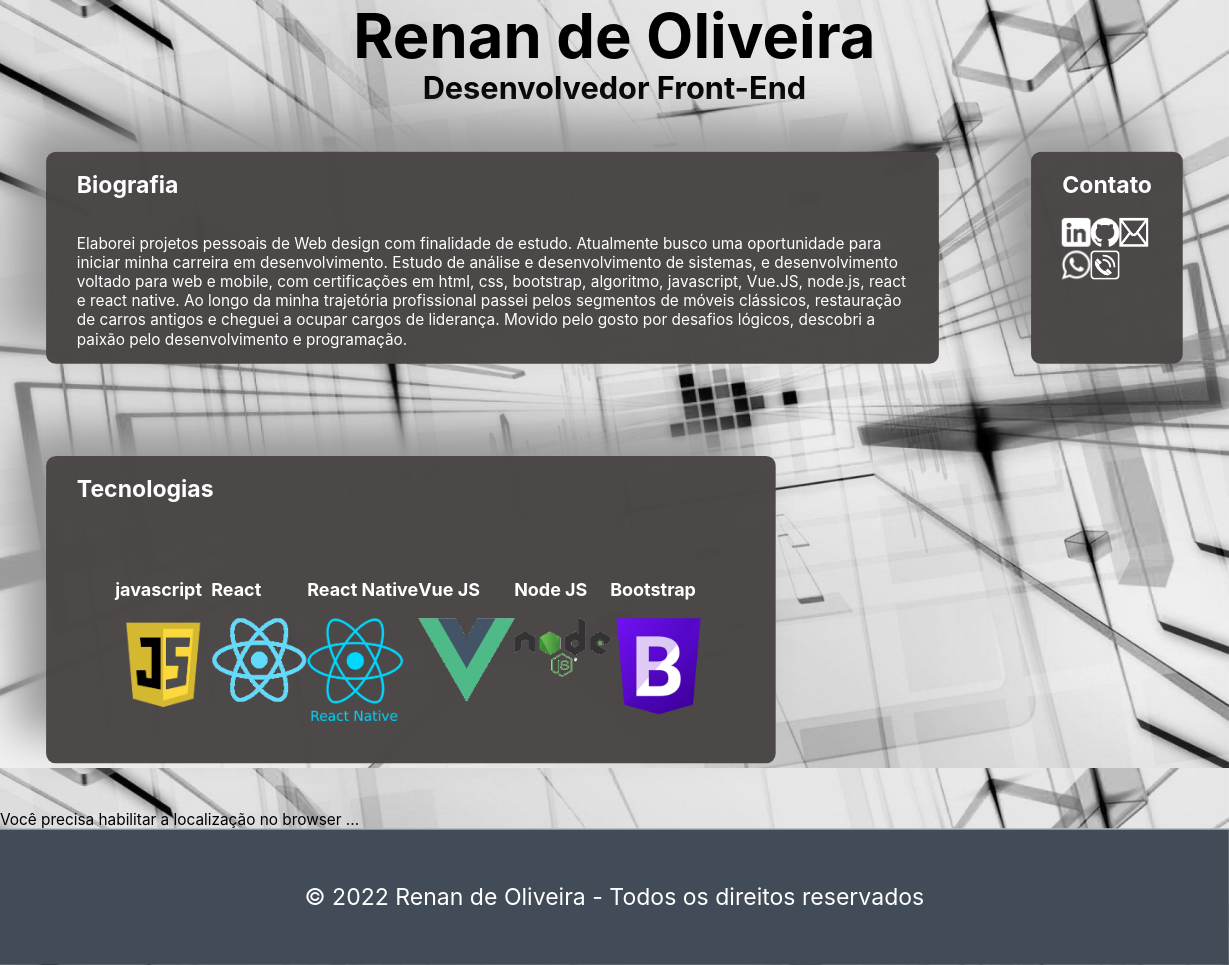
Repository: renan-oliveira93/PortfolioNext
Page: /
An editor plug-in stored every save of this project. The page is shown before and after the next save, followed by the edit.
The browser window is 1280 px wide. The pictures show the whole page, at 96% of full size.
The page's requests for data from a server got no answer. Backgrounds fixed to the window are drawn as part of the page. The project was rebuilt for these pictures with package versions that can differ from the ones it lists, and the page was loaded fresh each time. The framework's server and built-in components were replaced by stand-ins that run in the browser. No one was signed in, and anything a server would have sent is missing. Also part of the build but not shown: next.config.js.

Above is the page before, as saved 2022-02-15 10:21:02.

### styles/Home.module.css
/*estilizações gerais*/

.container{
  background-color: #4b4747fb;
  box-shadow: -30px -30px 45px #999;
  border-radius: 10px;
  display: flex;
  flex-direction: column;
  flex-wrap: wrap;
  color: #fff;
  padding: 0 2rem;
  margin: 3rem;
  width: fit-content;

}

.div_1{
  display: flex;
  flex-direction: row;
  justify-content: space-around;
}

/*estilos do navbar*/

.navbar{
  display: flex;
  flex-direction: row;
  align-items: center;
  justify-content: space-between;
  background-color: #000000b7;
  height: 60px;
  color: #fff;
  font-size: 25px;
  position: fixed;
  width: 100%;
  top: 0px;
}
.link_home{
  padding: 10px;
}
.navbar_links{
  padding: 10px;
}

/*estilos do título*/

.title a {
  color: #0070f3;
  text-decoration: none;
}

.title a:hover,
.title a:focus,
.title a:active {
  text-decoration: underline;
}

.title {
  margin: 0;
  line-height: 1.15;
  font-size: 4rem;
}

.title_description {
  margin: 0;
  line-height: 1.15;
  font-size: 2rem;
}

.title,
.title_description,
.description {
  text-align: center;
}

.description {
  margin: 4rem 0;
  line-height: 1.5;
  font-size: 1.5rem;
}

/*estilos da bio*/

.bio{
  display: flex;
  flex-wrap: wrap;
  justify-content: flex-start;
  padding-left: 20px;
  max-width: 20rem;
}

/*estilos do contato*/

.container_contato{
  width: 25rem;
  display: flex;
  flex-direction: column;
  align-items: center;
}

.container_contato_itens{
  list-style-type: none;
}

.container_contato_item{
  max-width: 3.5rem;
  font-size: 1.2rem;
  font-weight: 700;
  color: #00a8ee;
  margin-top: 2rem;

}
.redes_sociais a{
  text-decoration: none;
  color: #fff;
  margin: 2rem;

}

/*estilos tecnologias*/

.container_tecnologias{

  padding: 2rem;
  margin-top: 5rem;
  margin-left: 5rem;
  margin-right: 2rem;
}

.tecnologias{
  display: flex;
  flex-direction: row;
  justify-content: space-around;
  flex-wrap: wrap;
  padding: 40px;
}

.icone{
  max-width: 100px;
}

/*estilos funcionalidades*/

.container_funcionalidades{
  margin-top: 3rem;
  padding: 4rem;
}

/*estilos tempo*/

.tempo_container{
  max-width: 25rem;
  display: flex;
  flex-direction: column;
  justify-content: center;
  align-items: center;
}

.tempo_container_box{
  padding: 0.5rem;
  display: flex;
  flex-direction: row;
  justify-content: space-between;
  font-weight: 700;
  border: 2px solid #000;
  border-spacing: 0.3rem;
}


/*estilos rodapé*/

.footer {
  display: flex;
  flex: 1;
  padding: 2rem 0;
  border-top: 1px solid #eaeaea;
  justify-content: center;
  align-items: center;
  background-color: #414c58;
  font-size: 1.5rem;
  color: #fff;
}

.footer a {
  display: flex;
  justify-content: center;
  align-items: center;
  flex-grow: 1;
}

/*estilos responsivos*/

@media screen and (max-width:767px) {
  .container_principal{
      width: 100vw;
      display: flex;
      flex-direction: column;
      justify-content: center;
  }
  .div_1{
      display: flex;
      flex-direction: column;
  }
  .bio{
      width: 16rem;
      margin: 2rem;
  }
  .container_contato{
      width: 17rem;
      margin: 2rem;

  }
  .container_tecnologias{
      margin: 2rem;
  }
  .tecnologias{
    padding: 0;
  }

  .icone{
      max-width: 50px;

  }
  .icones_tecnologias{
      display: flex;
      flex-direction: column;
      align-items: center;
      justify-content: space-between;
      margin: 2px;
  }
}
@media screen and (min-width:768px) and (max-width:940px) {
    .bio{
        max-width: 20rem;
    }
    .container_contato{
        max-width: 20rem;
    }
    .tecnologias{
        padding: 1rem;
    }
    .icone{
        width: 90px;
    }
}

### src/components/body/body.js
import NavBar from '../navbar/navbar';
import Bio from '../bio/bio';
import Tecnologias from '../tecnologias/tecnologias';
import Contato from '../contato/contato';
import Tempo from '../tempo/tempo';
import styles from '../../../styles/Home.module.css';

 function Body () {
   return(
     <div >

          <h1 className={styles.title}>
                Renan de Oliveira
          </h1>
          <h2 className={styles.title_description}>
                Desenvolvedor Front-End
          </h2>
               <NavBar/>
          <div className={styles.div_1}>
               <Bio/>
               <Contato/>
          </div>
               <Tecnologias/>
               <Tempo/>
     </div>
    )
};
export default Body;

### src/components/navbar/navbar.js
import React from 'react';

 function NavBar () {
   return(
        <div className='navbar'>
           <div>
               <a className='link-home' ></a>
           </div>
           <div>
                <a className='navbar-links'></a>
                <a className='navbar-links'></a>
                <a className='navbar-links'></a>
           </div>
        </div>
    )
};
export default NavBar;

### src/components/bio/bio.js
import styles from '../../../styles/Home.module.css';

function Bio () {
    return(
        <div className={styles.container}>
               <h2>Biografia</h2>
               <p>
               Elaborei projetos pessoais de Web design com finalidade
               de estudo. Atualmente busco uma oportunidade para iniciar
               minha carreira em desenvolvimento.
               Estudo de análise e desenvolvimento de sistemas, e
               desenvolvimento voltado para web e mobile, com certificações
               em html, css, bootstrap, algoritmo, javascript, Vue.JS,
               node.js, react e react native.
               Ao longo da minha trajetória profissional passei pelos
               segmentos de móveis clássicos, restauração de carros antigos
               e cheguei a ocupar cargos de liderança. Movido pelo gosto por
               desafios lógicos, descobri a paixão pelo desenvolvimento e
               programação.
               </p>
           </div>
    )
};
export default Bio;

### src/components/tecnologias/tecnologias.js
import styles from '../../../styles/Home.module.css';

 function Tecnologias () {
   return(
         <div className={styles.container}>
                    <h2>Tecnologias</h2>
             <div className={styles.tecnologias}>
                <div>
                   <h3>javascript</h3>
                   < img className={styles.icone} src='/assets/javascript.png' alt='icone Javascrip'/>
               </div>
               <div>
                   <h3>React</h3>
                   < img className={styles.icone} src='/assets/react-link.png' alt='icone React'/>
               </div>
               <div>
                    <h3>React Native</h3>
                    < img className={styles.icone} src='/assets/react-native.png' alt='icone React Native'/>
               </div>
               <div>
                   <h3>Vue JS</h3>
                   < img className={styles.icone} src='/assets/vue.png' alt='icone Vue JS'/>
               </div>

               <div>
                   <h3>Node JS</h3>
                   < img className={styles.icone} src='/assets/node.png' alt='icone Node JS'/>
               </div>
               <div>
                   <h3>Bootstrap</h3>
                   < img className={styles.icone} src='/assets/bootstrap.png' alt='icone Bootstrap'/>
               </div>
             </div>
         </div>


    )
};
export default Tecnologias;

### src/components/contato/contato.js
import React from "react";
import styles from '../../../styles/Home.module.css';

function Contato () {
    return(
        <div className={styles.container}>

                <h2>Contato</h2>

            <div className={styles.container_contato_itens}>
                     <a href="https://linkedin.com/in/renan-oliveira93" target="_blank"  rel="noreferrer">
                    <img src='/assets/linkedin.png' width='30' height='30' alt="icone Linkedin"/></a>
                    <a href="https://github.com/renan-oliveira93" target="_blank" rel="noreferrer">
                    < img src='/assets/github.png' width='30' height='30'  alt="icone GitHub"/></a>
                    <a href="mailto:renan_oliveira93@outlook.com.br" target="_blank" rel="noreferrer">
                    < img  src='/assets/e-mail.png' width='30' height='30' alt="icone e-mail"/></a>
            </div>
            <div className={styles.container_contato_itens}>
                    <a href="https://api.whatsapp.com/send?phone=5511964885816" target="_blank" rel="noreferrer">
                    < img  src='/assets/whats-app.png' width='30' height='30' width='30' height='30' alt="icone whats-app"/></a>
                    <a href="tel:11964885816" target="_blank" rel="noreferrer">
                    < img  src='/assets/telefone.png'width='30' height='30' alt="icone telefone"/></a>
            </div>

        </div>
    )
};

export default Contato;

### src/components/tempo/tempo.js
import React, {Fragment, useEffect, useState} from "react";
import axios from "axios";
import styles from '../../../styles/Home.module.css';

    function Tempo (){
    const [Location, setLocation] = useState (false);
    const [Weather, setWeather] = useState(false);

    let getWeather = async (lat, long) => {
        let res = await axios.get("http://api.openweathermap.org/data/2.5/weather", {
          params: {
            lat: lat,
            lon: long,
            appid: "a9a5fc66b7e9e8f00c75f8a94262f17f",
            lang: 'pt',
            units: 'metric'
          }
        });
        setWeather(res.data);
      }

    useEffect(()=> {
        navigator.geolocation.getCurrentPosition((position)=> {
          getWeather(position.coords.latitude, position.coords.longitude);
          setLocation(true)
        })
      }, [])
            if(Location === false){
            return (
              <Fragment>
                Você precisa habilitar a localização no browser ...
              </Fragment>
            )
        } else if (Weather === false) {
            return (
              <Fragment>
                Carregando o clima...
              </Fragment>
            )
        } else{
            return (
                <Fragment>

                <table className={styles.container}>
                  <thead>
                       <h3 className={styles.tempo_container_box}>Clima na sua Região
                       ({Weather['weather'][0]['description']})</h3>
                  </thead>

                  <tr className={styles.tempo_container_box}>
                      <td>Temperatura atual:</td>
                      <td>{Weather['main']['temp']}°</td>
                  </tr>

                  <tr className={styles.tempo_container_box}>
                      <td>Temperatura máxima:</td>
                      <td>{Weather['main']['temp_max']}°</td>

                  </tr>

                  <tr className={styles.tempo_container_box}>
                      <td>Temperatura minima:</td>
                      <td>{Weather['main']['temp_min']}°</td>
                  </tr>

                  <tr className={styles.tempo_container_box}>
                      <td>Pressão:</td>
                      <td>{Weather['main']['pressure']} hpa</td>
                  </tr>

                  <tr className={styles.tempo_container_box}>
                      <td>Humidade:</td>
                      <td>{Weather['main']['humidity']}%</td>
                  </tr>

                </table>

              </Fragment>
            );

            }
    }

export default  Tempo;

Loaded but not shown: pages/_app.js (common file); pages/index.js (common file); styles/globals.css (common file)

After the next save:
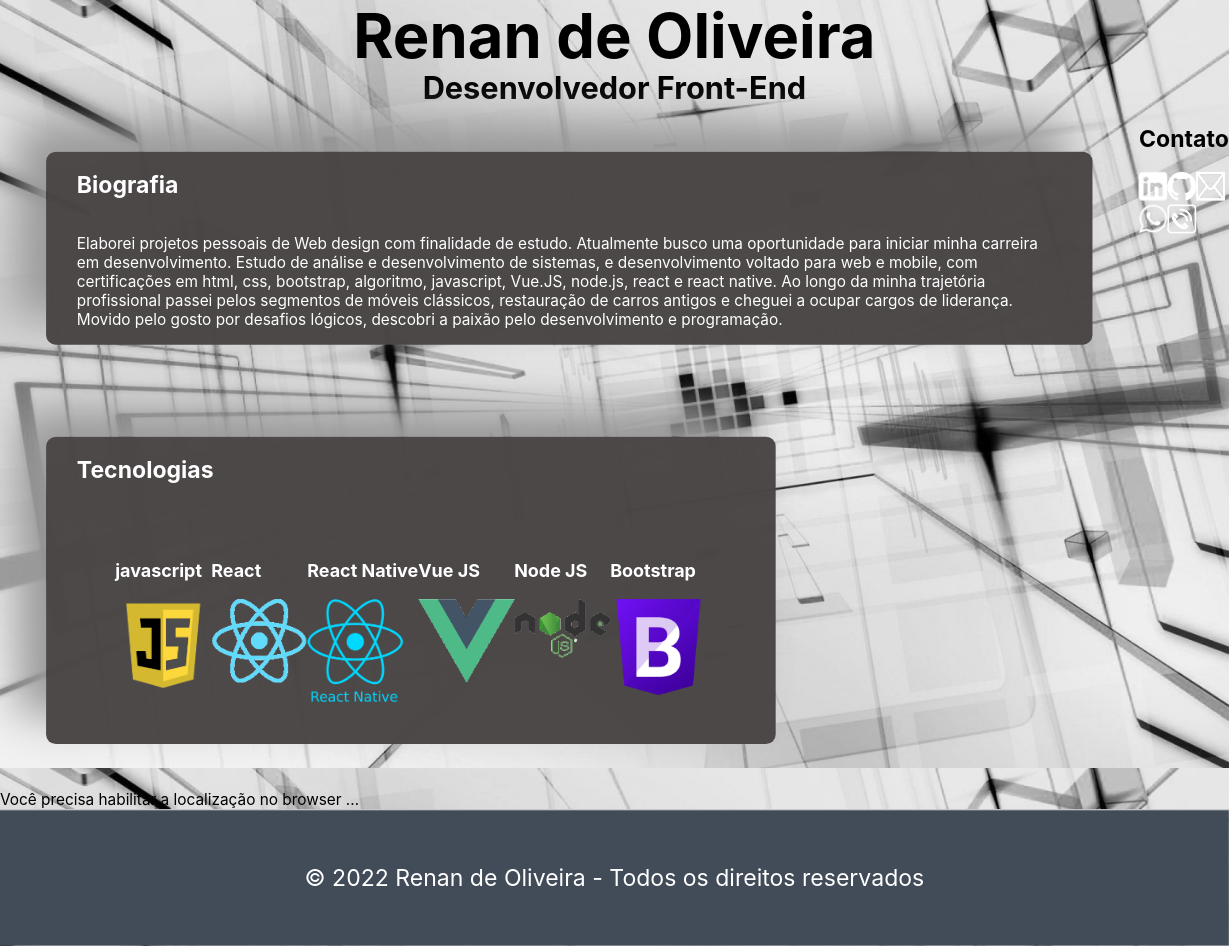
Saved 7 min 36 s later.
--- a/src/components/contato/contato.js
+++ b/src/components/contato/contato.js
@@ -3,11 +3,11 @@
 
 function Contato () {
     return(
-        <div className={styles.container}>
+        <div className={styles.container_contato_itens}>
 
                 <h2>Contato</h2>
 
-            <div className={styles.container_contato_itens}>
+            <div>
                      <a href="https://linkedin.com/in/renan-oliveira93" target="_blank"  rel="noreferrer">
                     <img src='/assets/linkedin.png' width='30' height='30' alt="icone Linkedin"/></a>
                     <a href="https://github.com/renan-oliveira93" target="_blank" rel="noreferrer">
@@ -15,7 +15,7 @@
                     <a href="mailto:renan_oliveira93@outlook.com.br" target="_blank" rel="noreferrer">
                     < img  src='/assets/e-mail.png' width='30' height='30' alt="icone e-mail"/></a>
             </div>
-            <div className={styles.container_contato_itens}>
+            <div >
                     <a href="https://api.whatsapp.com/send?phone=5511964885816" target="_blank" rel="noreferrer">
                     < img  src='/assets/whats-app.png' width='30' height='30' width='30' height='30' alt="icone whats-app"/></a>
                     <a href="tel:11964885816" target="_blank" rel="noreferrer">
